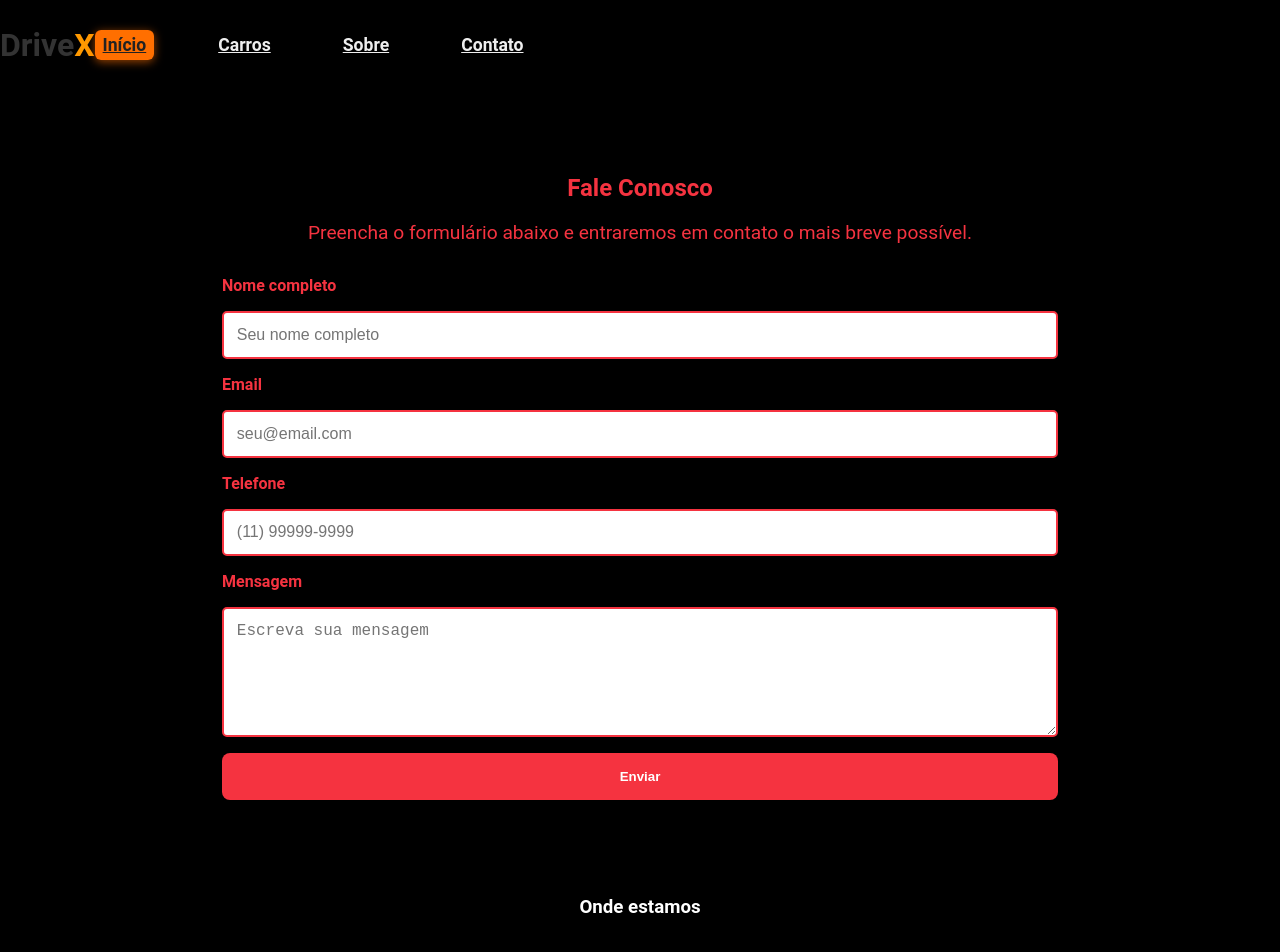
Repository: Mateushlp/DriveX
Page: contato.html
The author's editor kept a copy of each file at every save. The page is drawn from the files as they stood at one save, then again after a run of saves.
The browser window is 1280 px wide. The pictures show the part of the page from y = 0 to 952 px (the page is 1433 px tall).
The pointer rests on the first visible `.menu li a`.
Pictures or frames that could not be fetched are drawn as grey boxes.

Above is the page before, as saved 2025-06-23 22:50:16.

After the next 2 saves:
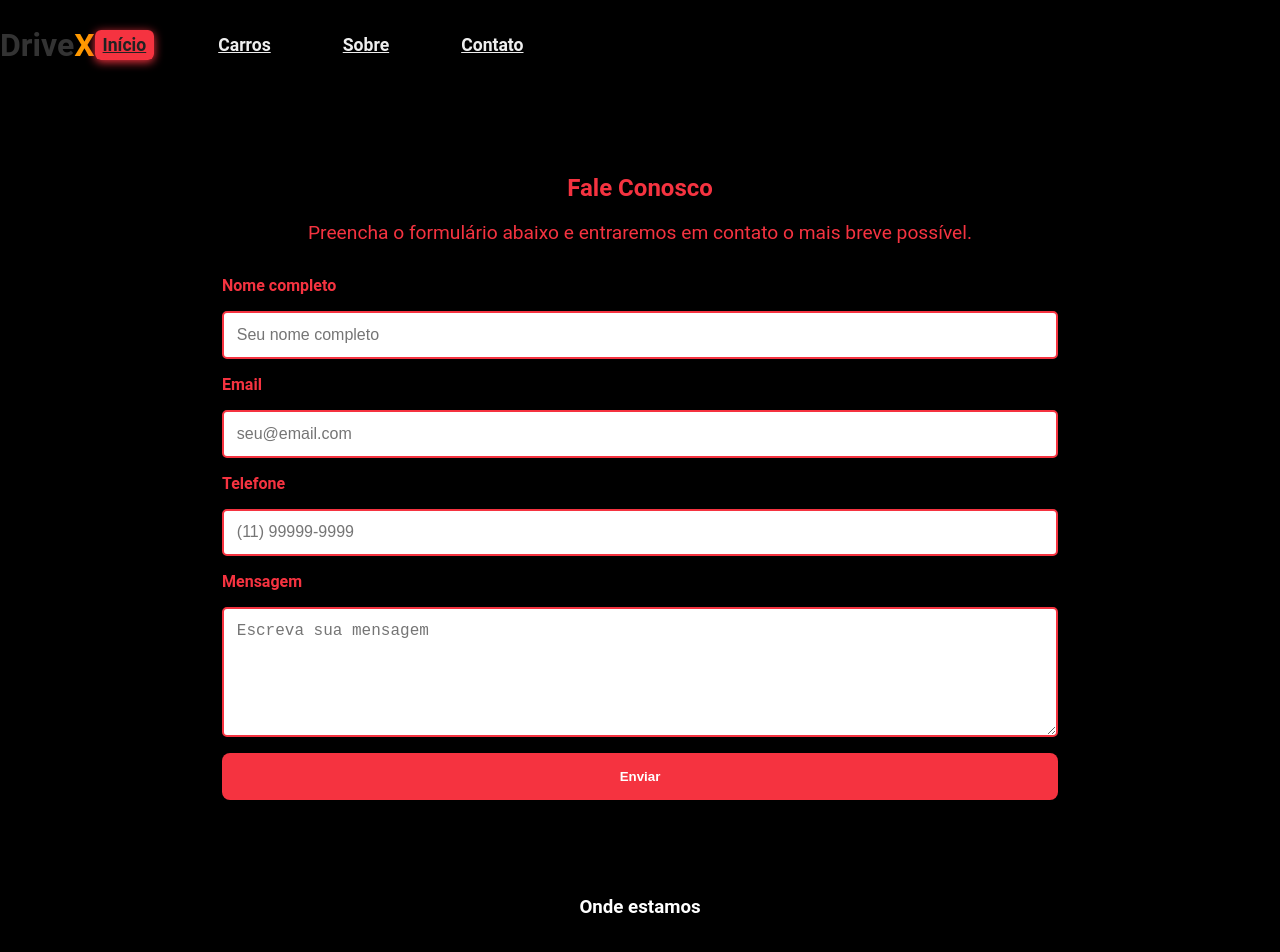
The 2 saves are shown as one change because they came seconds apart.
The last was saved 8 s later.
--- a/contatos.css
+++ b/contatos.css
@@ -32,9 +32,9 @@
 }
 
 .menu li a:hover {
-  background-color: #ff6f00;
+  background-color: #f53340;
   color: #222;
-  box-shadow: 0 2px 10px rgba(255, 111, 0, 0.6);
+  box-shadow: 0 2px 10px #f53340;
 }
 
 main {
